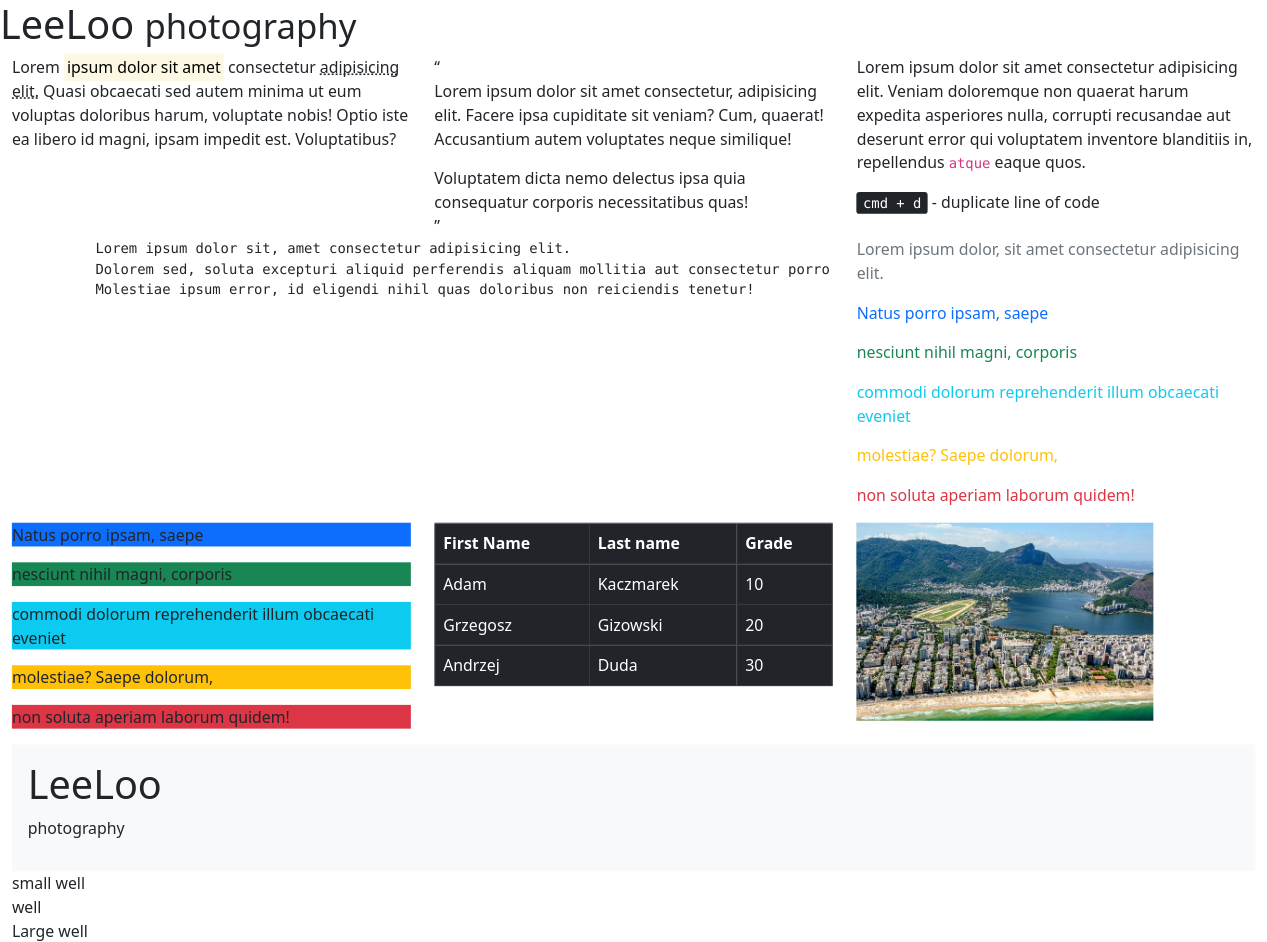
Repository: Zyzik-33/bootstrap-test
Page: index.html
The author's editor kept a copy of each file at every save. The page is drawn from the files as they stood at one save, then again after the next save.
The browser window is 1280 px wide. The pictures show the whole page, at 99% of full size.

Above is the page before, as saved 2021-01-27 20:38:41.

### index.html
<!DOCTYPE html>
<html lang="en">
<head>
  <title>LeeLoo</title>
  <meta charset="UTF-8">
  <meta name="viewport" content="width=device-width, initial-scale=1.0">
  <link href="https://cdn.jsdelivr.net/npm/bootstrap@5.0.0-beta1/dist/css/bootstrap.min.css" rel="stylesheet" integrity="sha384-giJF6kkoqNQ00vy+HMDP7azOuL0xtbfIcaT9wjKHr8RbDVddVHyTfAAsrekwKmP1" crossorigin="anonymous">
  <script src="https://ajax.googleapis.com/ajax/libs/jquery/3.5.1/jquery.min.js"></script>
  <script src="https://cdn.jsdelivr.net/npm/bootstrap@5.0.0-beta1/dist/js/bootstrap.bundle.min.js" integrity="sha384-ygbV9kiqUc6oa4msXn9868pTtWMgiQaeYH7/t7LECLbyPA2x65Kgf80OJFdroafW" crossorigin="anonymous"></script>
</head>
<body>
  <h1>LeeLoo <small>photography</small> </h1>
  <div class="container-fluid">

    <div class="row">
      <div class="col-lg-4">Lorem <mark>ipsum dolor sit amet</mark> consectetur <abbr title="Explanation">adipisicing elit.</abbr> Quasi obcaecati sed autem minima ut eum voluptas doloribus harum, voluptate nobis! Optio iste ea libero id magni, ipsam impedit est. Voluptatibus?</div>
      <div class="col-lg-4">
        <q cite="http://developer.mozilla.org">
          <p>
            Lorem ipsum dolor sit amet consectetur, adipisicing elit. Facere ipsa cupiditate sit veniam? Cum, quaerat!
             Accusantium autem voluptates neque similique!
          </p>
          <footer>
            Voluptatem dicta nemo delectus ipsa quia consequatur corporis necessitatibus quas!
          </footer>
        </q>
      </div>
      <div class="col-lg-4">
        <blockquote class="blockquote-reverse">
          <p>
            Lorem ipsum dolor sit amet consectetur adipisicing elit.
            Veniam doloremque non quaerat harum expedita asperiores nulla,
            corrupti recusandae aut deserunt error qui voluptatem inventore
            blanditiis in, repellendus <code>atque</code> eaque quos.
          </p>
          <footer><kbd>cmd + d</kbd> - duplicate line of code</footer>
        </blockquote>
      </div>
    </div>
    <div class="row">
      <div class="col-lg-8">
        <pre>
          Lorem ipsum dolor sit, amet consectetur adipisicing elit.
          Dolorem sed, soluta excepturi aliquid perferendis aliquam mollitia aut consectetur porro.
          Molestiae ipsum error, id eligendi nihil quas doloribus non reiciendis tenetur!
        </pre>
      </div>
      <div class="col-lg-4">
       <p class="text-muted"> Lorem ipsum dolor, sit amet consectetur adipisicing elit.</p>
       <p class="text-primary">Natus porro ipsam, saepe</p>
       <p class="text-success">nesciunt nihil magni, corporis</p>
       <p class="text-info">commodi dolorum reprehenderit illum obcaecati eveniet</p>
       <p class="text-warning">molestiae? Saepe dolorum,</p>
       <p class="text-danger">non soluta aperiam laborum quidem!</p>
      </div>
    </div>
    <div class="row">
      <div class="col-lg-4">
       <p class="bg-primary">Natus porro ipsam, saepe</p>
       <p class="bg-success">nesciunt nihil magni, corporis</p>
       <p class="bg-info">commodi dolorum reprehenderit illum obcaecati eveniet</p>
       <p class="bg-warning">molestiae? Saepe dolorum,</p>
       <p class="bg-danger">non soluta aperiam laborum quidem!</p>
      </div>
      <div class="col-lg-4">
        <table class="table table-hover table-dark table-bordered">
          <!-- table-striped, table-bordered, table-hover, table-dark -->
          <thead>
            <tr>
              <th scope="col">First Name</th>
              <th scope="col">Last name</th>
              <th scope="col">Grade</th>
            </tr>
          </thead>
          <tbody>
            <tr>
              <td scope="row">Adam</td>
              <td>Kaczmarek</td>
              <td>10</td>
            </tr>
            <tr>
              <td scope="row">Grzegosz</td>
              <td>Gizowski</td>
              <td>20</td>
            </tr>
            <tr>
              <td scope="row">Andrzej</td>
              <td>Duda</td>
              <td>30</td>
            </tr>
          </tbody>
        </table>
      </div>
      <div class="col-lg-4">
        <img src="./assets/images/brazil-4809010_640.jpg" width="300" alt="brazil">
      </div>
    </div>
    <div class="row">
      <div class="col-lg-12">
        <div class="bg-light p-3">
          <h1>LeeLoo</h1>
          <p>photography</p>
        </div>
      </div>
    </div>
    <div class="row">
      <div class="col-lg-4">
        <div class="well well-sm">small well</div>
        <div class="well">well</div>
        <div class="well well-lg">Large well</div>
      </div>
      <div class="col-lg-4">

      </div>
      <div class="col-lg-4"></div>
    </div>
  </div>
</body>
</html>

After the next save:
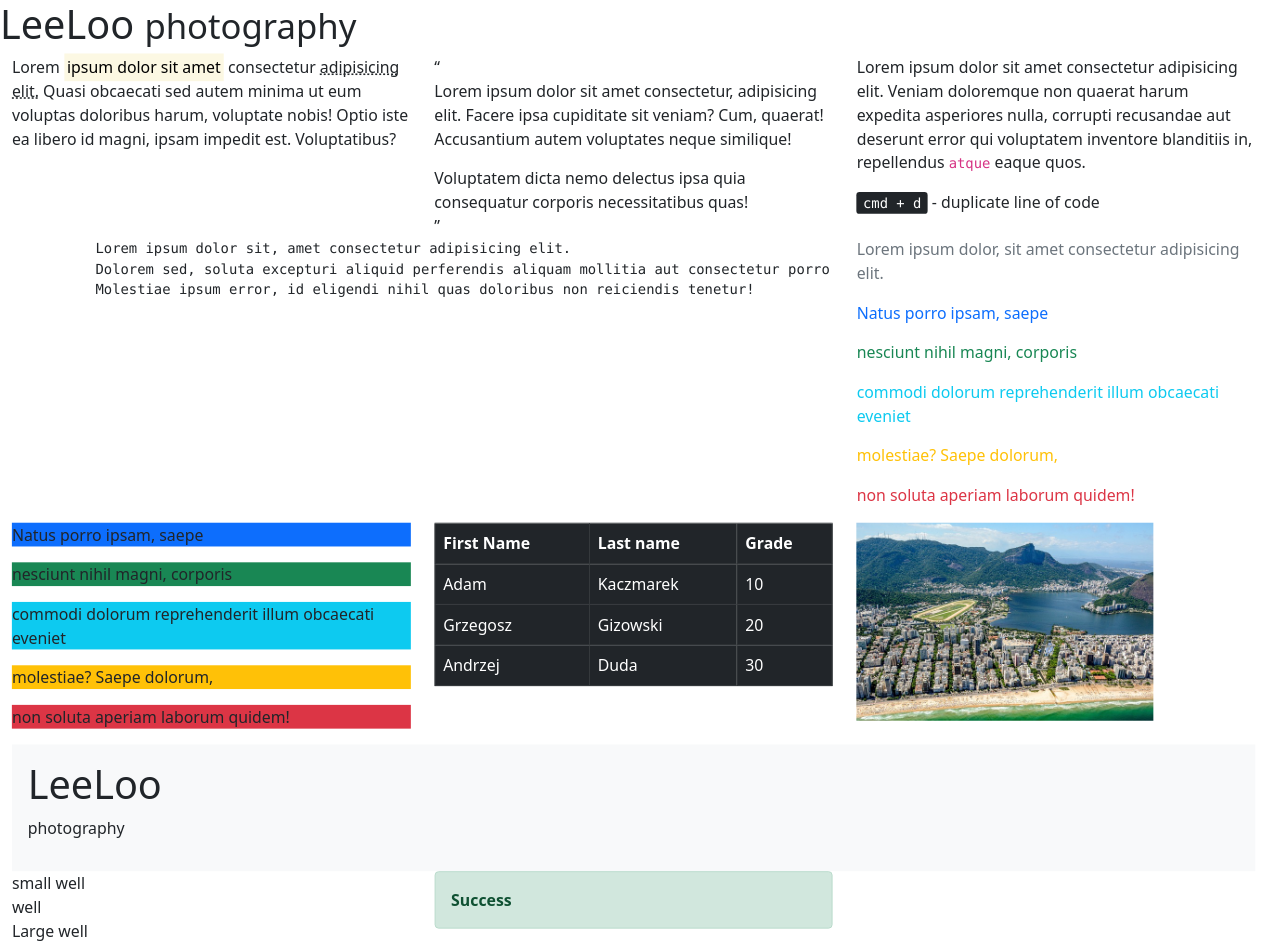
Saved 69 s later.
--- a/index.html
+++ b/index.html
@@ -110,7 +110,9 @@
         <div class="well well-lg">Large well</div>
       </div>
       <div class="col-lg-4">
-
+        <div class="alert alert-success">
+          <strong>Success</strong>
+        </div>
       </div>
       <div class="col-lg-4"></div>
     </div>
